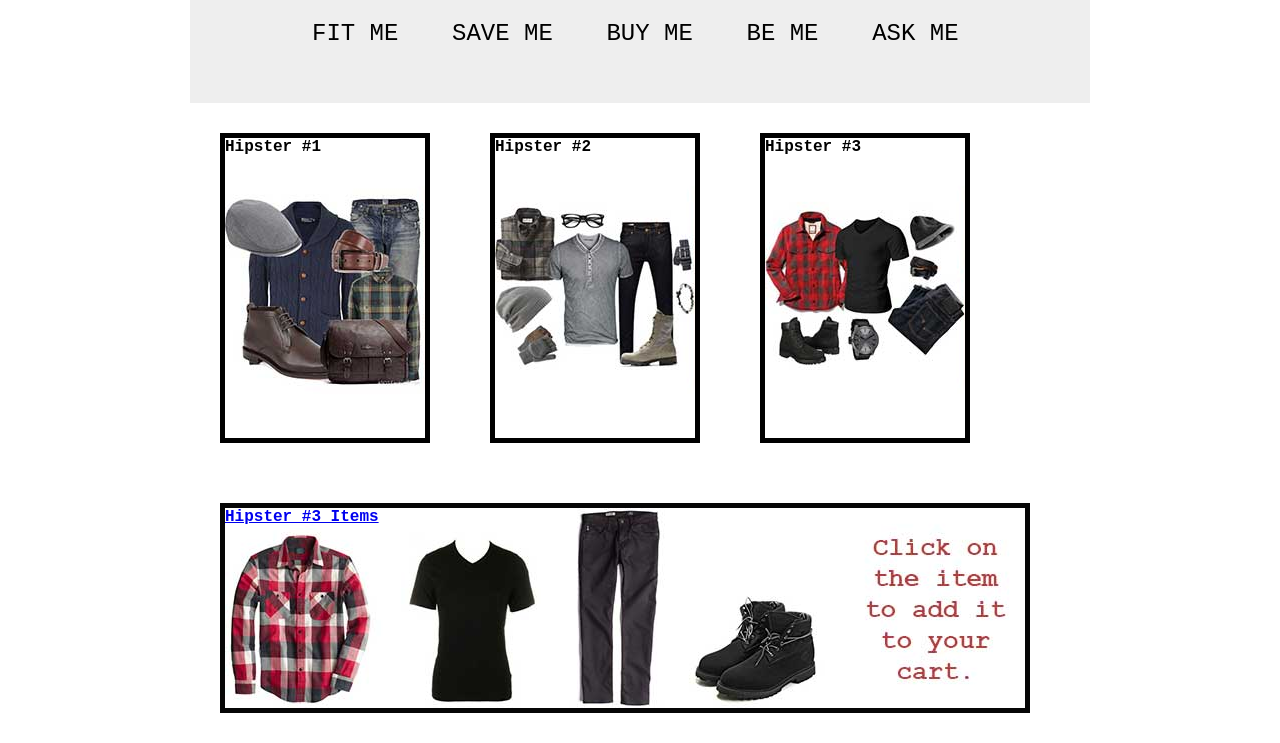
Repository: kesquili/kesquili.github.io
Page: fitin/buyme_hipster.html
The author's editor kept a record of every edit. The page is drawn from the files as they stood at one moment, then again after the next edit.
The browser window is 1280 px wide. The pictures show the whole page.

Above is the page before.
Console error: ReferenceError: $ is not defined

### fitin/buyme_hipster.html
<!doctype html>
<html>
<head>
<meta charset="UTF-8">
<link href="styles.css" rel="stylesheet" type="text/css">
<script type="text/javascript" src="script.js"></script>
<title>FitIn</title>
</head>

<body>
<div class="wrapper">
     <nav>
      <ul>
          <li><a href="fitme.html">FIT ME</a></li>
          <li><a href="saveme.html">SAVE ME</a></li>
          <li><a href="buyme_americana.html">BUY ME</a></li>
          <li><a href="beme.html">BE ME</a></li>
          <li><a href="askme.html">ASK ME</a></li>
      </ul>
     </nav>
        <br>
        <br>
     <div class="results">
        <h4 id="hipster1">Hipster #1</h4>
        <h4 id="hipster2">Hipster #2</h4>
        <h4 id="hipster3">Hipster #3</h4>
     </div>
     <div class="breakdown">
         <h4 id="hipster"><a href="saveme.html">Hipster #3 Items</a></h4>
     </div>
</div>

<script type="text/javascript" src="jquery-1.11.2.min.js"></script>
<script type="text/javascript" src="script.js"></script>
</body>
</html>

### fitin/styles.css
@charset "UTF-8";
/* CSS Document */

body {
font: 14px;
font-style: bold;
font-family: "Courier New", Courier;
margin: 0;
padding: 0;
}

.wrapper {
	width: 900px;
	margin: 0 auto;
	background-color: #eee;
	height: 100%;
}
nav {
    width: 700px;
    margin: 0 auto;
    padding: 20px;
}
nav a{
    color: black;
    text-decoration: none;
    font-size: 24px;
    margin: 10px 20px;
    border: 2px solid transparent;
}
nav a:hover {
	color: #9C0310;
	border: 2px dotted #9C0310;
}

ul{
    list-style-type: none;
    margin: 0;
    padding: 0;
}

li{
    display: inline;
}

.form{
    margin: 0 auto;
}

.form h4{
    font-size: 20px;
}

.results a{
	text-decoration: none;
	color: black;
}

.results h4:hover {
	background-position: 0px auto;
	background-position: 200px 0%;
}
.results #hipster1{
	border: 5px;
	border-color: black;
	border-style: solid;
	margin: 30px;
	width: 200px;
	height: 300px;
	float: left;
	background-image: url(Images/hipstersprite1.jpg);
}
.results #hipster2{
	border: 5px;
	border-color: black;
	border-style: solid;
	margin: 30px;
	width: 200px;
	height: 300px;
	float: left;
	background-image: url(Images/hipstersprite2.jpg);
}
.results #hipster3{
	border: 5px;
	border-color: black;
	border-style: solid;
	margin: 30px;
	width: 200px;
	height: 300px;
	float: left;
	background-image: url(Images/hipstersprite3.jpg);
}
.breakdown #hipster {
	border: 5px solid #060606;
	width: 800px;
	height: 200px;
	margin: 30px;
	display: block;
	background-image: url(Images/hipsterbreakdown1.jpg);
}
.breakdown #hipster:hover {
	border: 5px solid #060606;
	width: 800px;
	height: 200px;
	margin: 30px;
	display: block;
	background-image: url(Images/hipsterbreakdown2.jpg);
}


.results #urban1{
	border: 5px;
	border-color: black;
	border-style: solid;
	margin: 30px;
	width: 200px;
	height: 300px;
	float: left;
	background-image: url(Images/urbansprite1.jpg);
}
.results #urban2{
	border: 5px;
	border-color: black;
	border-style: solid;
	margin: 30px;
	width: 200px;
	height: 300px;
	float: left;
	background-image: url(Images/urbansprite2.jpg);
}
.results #urban3{
	border: 5px;
	border-color: black;
	border-style: solid;
	margin: 30px;
	width: 200px;
	height: 300px;
	float: left;
	background-image: url(Images/urbansprite3.jpg);
}

.breakdown #urban {
	background-image: url(Images/urbanbreakdown1.jpg);
	width: 800px;
	height: 200px;
}
.breakdown #urban:hover  {
	background-image: url(Images/urbanbreakdown2.jpg);
}

.results #americana3{
	border: 5px;
	border-color: black;
	border-style: solid;
	margin: 30px;
	width: 200px;
	height: 300px;
	float: left;
	background-image: url(Images/americanasprite3.jpg);
}
.results #americana2{
	border: 5px;
	border-color: black;
	border-style: solid;
	margin: 30px;
	width: 200px;
	height: 300px;
	float: left;
	background-image: url(Images/americanasprite2.jpg);
}
.results #americana1{
	border: 5px;
	border-color: black;
	border-style: solid;
	margin: 30px;
	width: 200px;
	height: 300px;
	float: left;
	background-image: url(Images/americanasprite1.jpg);
}

.breakdown #americana{
	width: 800px;
	height: 200px;
	border: 5px;
	border-color: black;
	border-style: solid;
	float: left;
	position: relative;
	background-image: url(Images/americanabreakdown1.jpg);
}
.breakdown #americana:hover {
	width: 800px;
	height: 200px;
	border: 5px;
	border-color: black;
	border-style: solid;
	float: left;
	position: relative;
	background-image: url(Images/americanabreakdown2.jpg);
}

.breakdown h4{
	border: 5px;
	border-color: black;
	border-style: solid;
	float: left;
	position: relative;
}

.sideimage {
	border: 10px solid black;
	width: 300px;
	height: 460px;
	float: left;
	margin-right: 12px;
	background-image: url(Images/Ask-Me.jpg);
}

.signup{
    margin-left: 20px;
    float: left;
}

.sell{
    display: block;
    float: left;
    max-width: 500px;
    min-width: 400px;
}

h6{
    font-size: 12px;
    font-family: Helvetica, sans-serif;
    padding: 0;
    display: inline-block;
    width: 120px;
    text-align: right;
    margin: 5px 0;
}

input {
    background-color: red;
    color: white;
    border: none;
    outline: none;
}

.closet {
	margin-left: auto;
	margin-right: auto;
	display: block;
	position: relative;
	/* [disabled]clear: both; */
}
.closet h4{
	border: 5px;
	border-color: black;
	border-style: solid;
	margin-top: 30px;
	margin-right: 30px;
	margin-left: 30px;
	margin-bottom: 30px;
	width: 200px;
	height: 300px;
	float: left;
}
.closet #closet1 {
	margin-left: auto;
	margin-right: auto;
	display: block;
	position: relative;
	/* [disabled]clear: both; */
	background-image: url(Images/americanasprite3.jpg);
}
.closet #closet2 {
	margin-left: 30px;
	margin-right: 30px;
	display: block;
	position: relative;
	/* [disabled]clear: both; */
	background-image: url(Images/hipstersprite3.jpg);
}
.closet #closet3 {
	margin-left: 30px;
	margin-right: 30px;
	display: block;
	position: relative;
	/* [disabled]clear: both; */
	background-image: url(Images/closet3.jpg);
}
.closet #closet4 {
	margin-left: 30px;
	margin-right: 30px;
	display: block;
	position: relative;
	/* [disabled]clear: both; */
	background-image: url(Images/closet4.jpg);
}
.closet #closet5 {
	margin-left: 30px;
	margin-right: 30px;
	display: block;
	position: relative;
	/* [disabled]clear: both; */
	background-image: url(Images/closet5.jpg);
}

.form form a {
	text-decoration: none;
	color: #9C0310;
	font-family: Courier New, Courier;
	font-weight: bold;
}

### fitin/script.js

 $("#americana3").click(function(){
        $("#americana").toggle();
});


$("#urban2").click(function(){
        $("#urban").toggle();
});

$("#hipster3").click(function(){
        $("#hipster").toggle();
});

Loaded but not shown: fitin/jquery-1.11.2.min.js (library)

After the next edit:
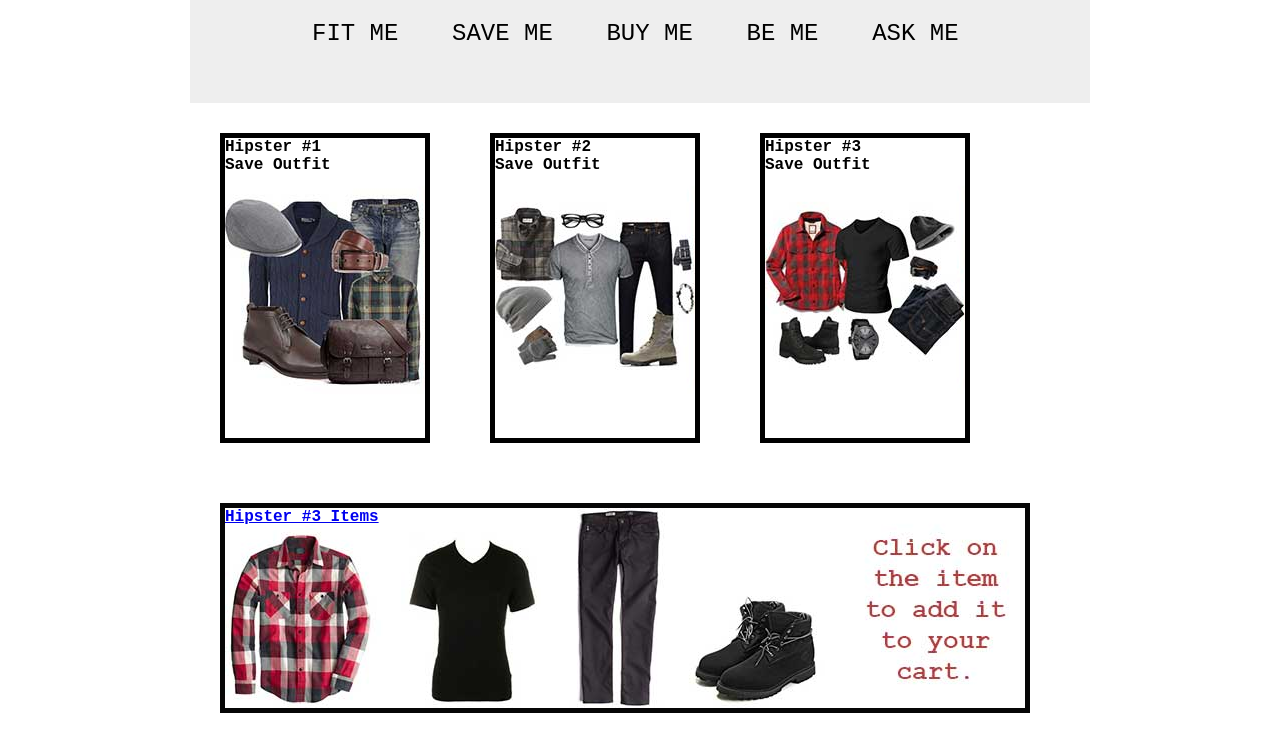
The edit:
--- a/fitin/buyme_hipster.html
+++ b/fitin/buyme_hipster.html
@@ -21,9 +21,9 @@
         <br>
         <br>
      <div class="results">
-        <h4 id="hipster1">Hipster #1</h4>
-        <h4 id="hipster2">Hipster #2</h4>
-        <h4 id="hipster3">Hipster #3</h4>
+        <h4 id="hipster1">Hipster #1 <br> <a href="saveme.html">Save Outfit</a></h4>
+        <h4 id="hipster2">Hipster #2 <br> <a href="saveme.html">Save Outfit</a></h4>
+        <h4 id="hipster3">Hipster #3 <br> <a href="saveme.html">Save Outfit</a></h4>
      </div>
      <div class="breakdown">
          <h4 id="hipster"><a href="saveme.html">Hipster #3 Items</a></h4>
